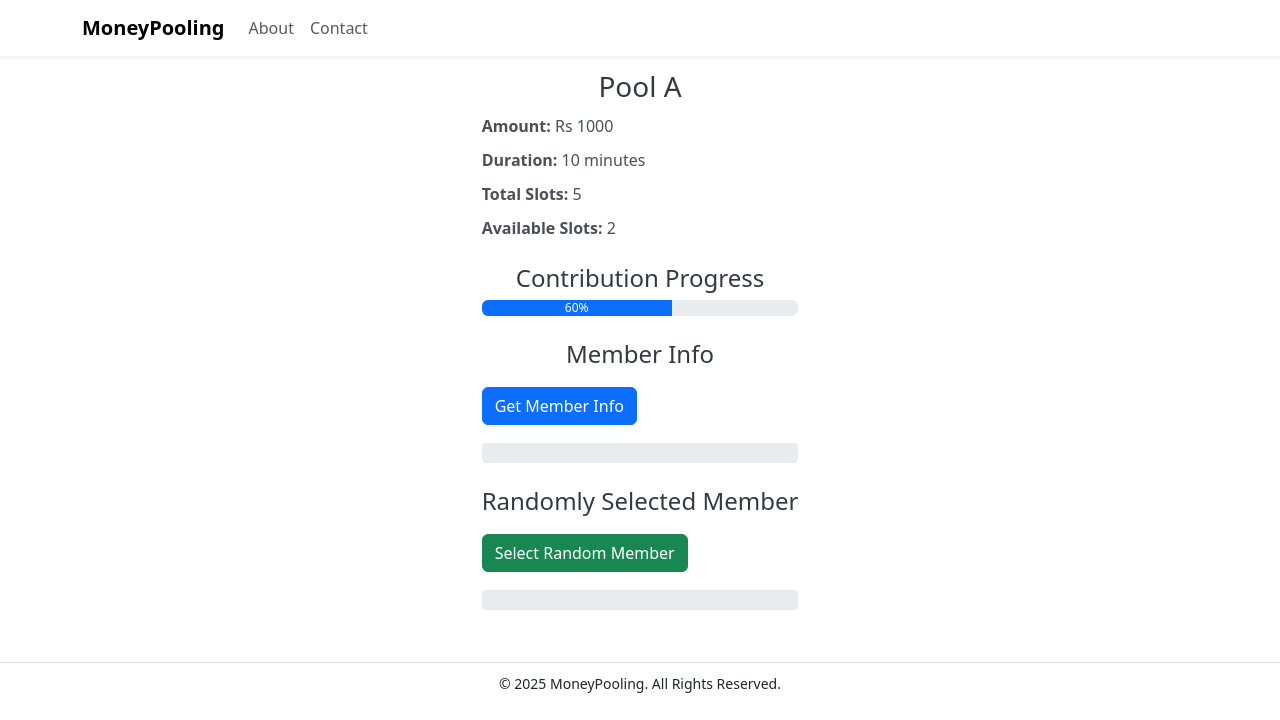
Repository: xxgautm420/MoneyPool
Page: http://localhost/progress
An editor plug-in stored every save of this project. The page is shown before and after the next save, followed by the edit.
The browser window is 1280 px wide. The pictures show the whole page.
The page is served by the project's application, run on Flask 3 (app.py). Other server files are loaded and not shown.

Above is the page before, as saved 2025-03-02 14:38:29.

### templates/progress.html
<!DOCTYPE html>
<html lang="en">
<head>
    <meta charset="UTF-8">
    <meta name="viewport" content="width=device-width, initial-scale=1.0">
    <title>Money Pooling</title>

    <!-- External Stylesheets -->
    <link rel="stylesheet" href="{{ url_for('static', filename='Css/progress.css') }}">
    <link href="https://cdn.jsdelivr.net/npm/bootstrap@5.3.0-alpha1/dist/css/bootstrap.min.css" rel="stylesheet">
</head>
<body>

    <!-- Navbar -->
    <nav class="navbar navbar-expand-lg navbar-light bg-white fixed-top shadow-sm">
        <div class="container">
            <a class="navbar-brand fw-bold" href="#">MoneyPooling</a>
            <div class="collapse navbar-collapse">
                <ul class="navbar-nav me-auto mb-2 mb-lg-0">
                    <li class="nav-item">
                        <a class="nav-link" href="#" id="aboutLink">About</a>
                    </li>
                    <li class="nav-item">
                        <a class="nav-link" href="#" id="contactLink">Contact</a>
                    </li>
                </ul>
            </div>
        </div>
    </nav>

    <div id="aboutFormContainer" class="about-container" style="display: none;">
        <div class="about-box">
            <section>
                <h1>About This Project</h1>
                <p>In today's digital age, web applications play a pivotal role in streamlining various processes and enhancing user experiences. This project focuses on developing a web application designed to facilitate a unique and engaging process where members join a slot, contribute a specified amount, and a randomly selected member benefits until all members have been selected. The application aims to provide a seamless and user-friendly experience, ensuring secure login, easy slot selection, and transparent tracking of contributions.</p>
                <p>The project is motivated by the need to create an efficient and reliable system that can manage member contributions and random selections in a fair and transparent manner. By leveraging modern web technologies, the application aims to enhance user engagement and foster a sense of community among members. This document outlines the functional requirements, user interaction flow, technical specifications, and expected outcomes of the project.</p>
                <button id="closeAbout" class="close-button">x</button>
            </section>
        </div>
    </div>

    <div id="contactFormContainer" class="contact-container" style="display: none;">
        <div class="contact-box">
            <section>
                <h1>Contact</h1>
                <form>
                    <label for="name">Name:</label><br>
                    <input type="text" id="name" name="name" placeholder="Your Name"><br><br>
                    <label for="email">Email:</label><br>
                    <input type="email" id="email" name="email" placeholder="Your Email"><br><br>
                    <label for="number">Number:</label><br>
                    <input type="tel" id="number" name="number" placeholder="Your Phone Number"><br><br>
                </form>
                <p><strong>Address:</strong> Your Address Here</p>
                <p><strong>Contact Number:</strong> Your Contact Number Here</p>
                <button id="closeContact" class="close-button">x</button>
            </section>
        </div>
    </div>

    <!-- Main Content -->
    <div class="main-container">
        <h3 id="poolName">Pool A</h3>
        <p><strong>Amount:</strong> Rs <span id="poolAmount">1000</span></p>
        <p><strong>Duration:</strong> 10 minutes</p>
        <p><strong>Total Slots:</strong> 5</p>
        <p><strong>Available Slots:</strong> <span id="availableSlots">2</span></p>

        <!-- Contribution Progress -->
        <h4 class="mt-4">Contribution Progress</h4>
        <div class="progress mb-3">
            <div id="progressBar" class="progress-bar" role="progressbar" style="width: 60%">60%</div>
        </div>

        <!-- Member Info Section -->
        <h4 class="mt-4">Member Info</h4>
        <button id="memberInfoButton" class="btn btn-primary" onclick="fetchUsername(1)">Get Member Info</button>
        <div id="usernamePlaceholder" class="username-placeholder mt-2"></div> <!-- Placeholder for username -->

        <!-- Randomly Selected Member Section -->
        <h4 class="mt-4">Randomly Selected Member</h4>
        <button id="randomSelectButton" class="btn btn-success">Select Random Member</button>
        <div id="selectedMemberPlaceholder" class="selected-member-placeholder mt-2"></div> <!-- Placeholder for selected username -->
        <div id="actionButtonContainer"></div>
    </div>



    <!-- Footer -->
    <footer class="footer">
        <p>&copy; 2025 MoneyPooling. All Rights Reserved.</p>
    </footer>

    <!-- External JavaScript -->
    <script src="{{ url_for('static', filename='Script/progress.js') }}"></script>
</body>
</html>

### app.py
from flask import Flask, render_template , jsonify
from user import User, db
from config import Config
from auth import auth_bp

app = Flask(__name__)
app.config.from_object(Config)
db.init_app(app)

app.register_blueprint(auth_bp)

@app.route('/')
def home():
    return render_template('index.html')

@app.route('/progress')
def progress():
    return render_template('progress.html')

@app.route('/api/users/top5', methods=['GET'])
def get_top5_users():
    users = User.query.limit(5).all()
    return jsonify([user.username for user in users])

if __name__ == '__main__':
    app.run(debug=True)

### static/Css/progress.css
/* General Page Styling */
body {
    font-family: Arial, sans-serif;
    text-align: center;
    margin: 0;
    background-color: white;
    padding-top: 70px; /* Space for fixed navbar */
    display: flex;
    flex-direction: column;
    min-height: 100vh; /* Ensure the body takes at least the full height of the viewport */
    align-items: center; /* Center items horizontally */
}

/* Navbar */
.navbar {
    box-shadow: 0px 2px 5px rgba(0, 0, 0, 0.1);
    width: 100%; /* Ensure the navbar spans the full width */
}

/* Footer */
footer {
    width: 100%;
    background-color: white;
    text-align: center;
    padding: 10px;
    font-size: 14px;
    border-top: 1px solid #dee2e6;
    position: fixed; /* Ensure footer stays at the bottom */
    bottom: 0;
    left: 0;
    right: 0;
}

/* About Form Container */
.about-container {
    position: fixed;
    top: 50%;
    left: 50%;
    transform: translate(-50%, -50%);
    width: 80%;
    max-width: 600px;
    background-color: white;
    border-radius: 10px;
    box-shadow: 0 4px 8px rgba(0, 0, 0, 0.1);
    overflow: hidden; /* Remove vertical scrolling */
    padding: 20px;
}

.about-box {
    padding: 20px;
}

.about-container h1 {
    margin-top: 0;
}

.about-container p {
    line-height: 1.6;
}

.close-button {
    position: absolute;
    top: 10px;
    right: 10px;
    background-color: #f44336;
    color: white;
    border: none;
    border-radius: 50%;
    width: 30px;
    height: 30px;
    cursor: pointer;
    font-size: 16px;
}

.close-button:hover {
    background-color: #d32f2f;
}

/* Contact Form Container */
.contact-container {
    position: fixed;
    top: 50%;
    left: 50%;
    transform: translate(-50%, -50%);
    width: 80%;
    max-width: 600px;
    background-color: white;
    border-radius: 10px;
    box-shadow: 0 4px 8px rgba(0, 0, 0, 0.1);
    overflow: hidden; /* Remove vertical scrolling */
    padding: 20px;
}

.contact-container h1 {
    margin-top: 0;
}

.contact-container form {
    margin-top: 20px;
}

.contact-container input,
.contact-container textarea {
    width: 100%;
    padding: 10px;
    margin-top: 5px;
    margin-bottom: 10px;
    border-radius: 5px;
    border: 1px solid #ccc;
}

.contact-container p {
    line-height: 1.6;
    margin-top: 10px;
}

//* Main container styling */
/* Main container styling */
.main-container {
    width: 80%;
    margin: 0 auto;
    padding: 20px;
    background-color: #f8f9fa;
    border-radius: 15px;
    box-shadow: 0 4px 8px rgba(0, 0, 0, 0.2);
    font-family: Arial, sans-serif;
}

/* Headings */
.main-container h3,
.main-container h4 {
    color: #343a40;
    text-align: center; /* Center align the title */
}

/* Paragraphs and labels */
.main-container p {
    margin: 10px 0;
    color: #495057;
}

/* Buttons */
.btn {
    display: inline-block;
    margin: 10px 0;
    padding: 10px 20px;
    border: none;
    border-radius: 4px;
    text-align: center;
    cursor: pointer;
    font-size: 16px;
    transition: background-color 0.3s;
}

.btn-primary {
    background-color: #007bff;
    color: #fff;
}

.btn-primary:hover {
    background-color: #0056b3;
}

.btn-success {
    background-color: #28a745;
    color: #fff;
}

.btn-success:hover {
    background-color: #218838;
}

/* Progress bar */
.progress {
    height: 24px;
    background-color: #e9ecef;
    border-radius: 12px;
    overflow: hidden;
}

.progress-bar {
    height: 100%;
    background-color: #28a745;
    transition: width 0.6s ease;
}

/* Placeholders */
.username-placeholder,
.selected-member-placeholder {
    padding: 10px;
    background-color: #e9ecef;
    border-radius: 4px;
    margin-top: 10px;
    color: #495057;
}

#actionButtonContainer {
    margin-top: 20px;
    text-align: center; /* Center align the action buttons */
}

### static/Script/progress.js
document.addEventListener("DOMContentLoaded", () => {
    const memberInfoButton = document.getElementById("memberInfoButton");
    const usernamePlaceholder = document.getElementById("usernamePlaceholder");
    const randomSelectButton = document.getElementById("randomSelectButton");
    const selectedMemberPlaceholder = document.getElementById("selectedMemberPlaceholder");
    const actionButtonContainer = document.getElementById("actionButtonContainer");

    let usernames = [];
    let selectedUsernames = new Set();

    // Assume this is the logged-in user's username
    const loggedInUsername = 'user5'; // Replace with dynamic username if available

    // Fetch and display top 5 users
    memberInfoButton.addEventListener("click", () => {
        fetch('/api/users/top5')
            .then(response => response.json())
            .then(data => {
                usernames = data;
                usernamePlaceholder.innerHTML = usernames
                    .map(user => `<div class="username-item">${user}</div>`)
                    .join('');
            })
            .catch(error => {
                console.error('Error fetching user data:', error);
                usernamePlaceholder.innerHTML = 'An error occurred';
            });
    });

    // Randomly select and display a member
    randomSelectButton.addEventListener("click", () => {
        if (selectedUsernames.size >= usernames.length) {
            selectedMemberPlaceholder.innerHTML = 'All members have been selected.';
            actionButtonContainer.innerHTML = ''; // Clear action buttons
            return;
        }

        let remainingUsers = usernames.filter(user => !selectedUsernames.has(user));
        let randomIndex = Math.floor(Math.random() * remainingUsers.length);
        let selectedUser = remainingUsers[randomIndex];

        selectedUsernames.add(selectedUser);

        selectedMemberPlaceholder.innerHTML = `Selected Member: ${selectedUser}`;

        // Update action buttons based on selected user
        updateActionButtons(selectedUser);

        // Continue selecting after 5 seconds
        setTimeout(() => {
            randomSelectButton.click();
        }, 5000);
    });

    // Function to update action buttons
    function updateActionButtons(selectedUser) {
        actionButtonContainer.innerHTML = ''; // Clear previous buttons

        let button = document.createElement('button');
        button.className = 'btn';

        if (selectedUser === loggedInUsername) {
            // If the selected user is the logged-in user, show "Withdraw" button
            button.textContent = 'Withdraw';
            button.classList.add('btn-warning');
            button.addEventListener('click', () => {
                // Implement withdraw functionality here
                alert('Withdraw action triggered.');
            });
        } else {
            // If the selected user is someone else, show "Pay" button
            button.textContent = 'Pay';
            button.classList.add('btn-success');
            button.addEventListener('click', () => {
                // Implement pay functionality here
                alert('Pay action triggered.');
            });
        }

        actionButtonContainer.appendChild(button);
    }
});



//about form
document.addEventListener("DOMContentLoaded", function() {
    const aboutLink = document.getElementById("aboutLink");
    const aboutFormContainer = document.getElementById("aboutFormContainer");
    const closeAboutForm = document.getElementById("closeAbout");


    aboutLink.addEventListener("click", function(event) {
        event.preventDefault();
        aboutFormContainer.style.display = "block";
    });

    closeAboutForm.addEventListener("click", () => {
        aboutFormContainer.style.display = "none";
    });


});

//contact form
document.addEventListener("DOMContentLoaded", function() {
    const contactLink = document.getElementById("contactLink");
    const contactFormContainer = document.getElementById("contactFormContainer");
    const closeContactForm = document.getElementById("closeContact");


    contactLink.addEventListener("click", function(event) {
        event.preventDefault();
        contactFormContainer.style.display = "block";
    });

    closeContactForm.addEventListener("click", () => {
        contactFormContainer.style.display = "none";
    });


});

After the next save:
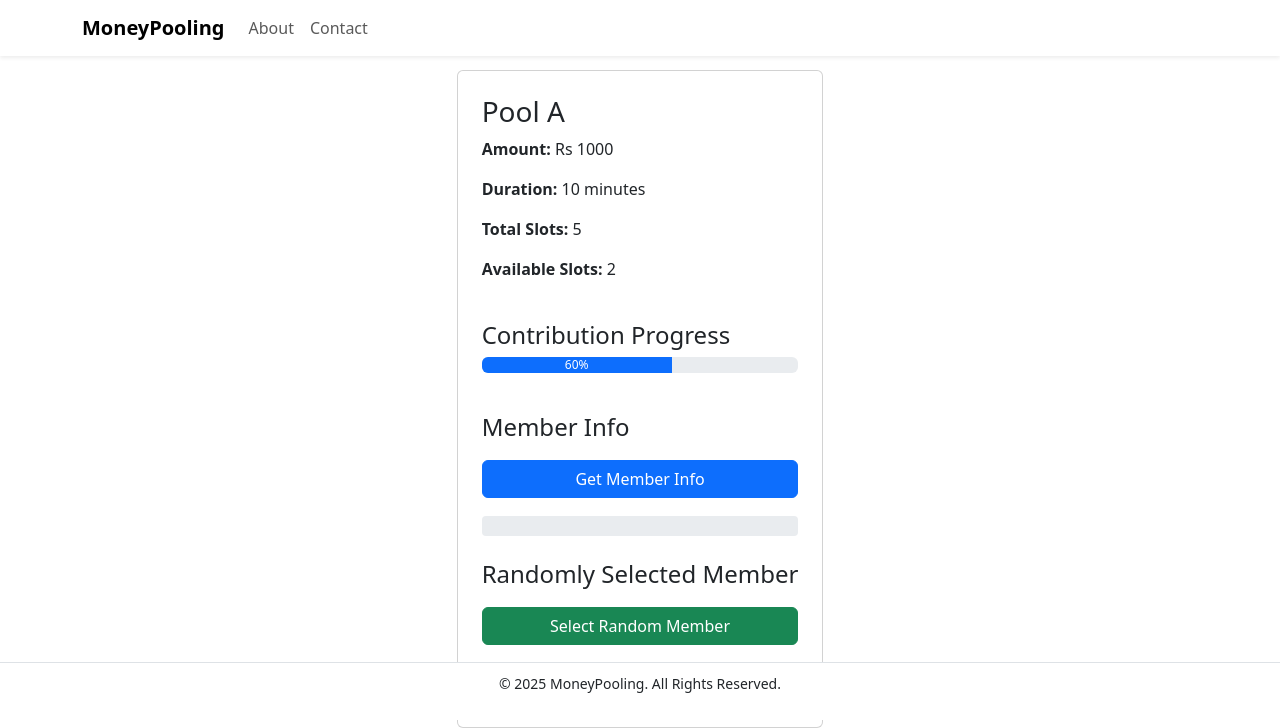
Saved 80 s later.
--- a/templates/progress.html
+++ b/templates/progress.html
@@ -59,30 +59,31 @@
     </div>
 
     <!-- Main Content -->
-    <div class="main-container">
-        <h3 id="poolName">Pool A</h3>
-        <p><strong>Amount:</strong> Rs <span id="poolAmount">1000</span></p>
-        <p><strong>Duration:</strong> 10 minutes</p>
-        <p><strong>Total Slots:</strong> 5</p>
-        <p><strong>Available Slots:</strong> <span id="availableSlots">2</span></p>
+     <div class="main-container"></div>
+        <div class="card p-4">
+            <h3 id="poolName">Pool A</h3>
+            <p><strong>Amount:</strong> Rs <span id="poolAmount">1000</span></p>
+            <p><strong>Duration:</strong> 10 minutes</p>
+            <p><strong>Total Slots:</strong> 5</p>
+            <p><strong>Available Slots:</strong> <span id="availableSlots">2</span></p>
 
-        <!-- Contribution Progress -->
-        <h4 class="mt-4">Contribution Progress</h4>
-        <div class="progress mb-3">
-            <div id="progressBar" class="progress-bar" role="progressbar" style="width: 60%">60%</div>
+            <!-- Contribution Progress -->
+            <h4 class="mt-4">Contribution Progress</h4>
+            <div class="progress mb-3">
+                <div id="progressBar" class="progress-bar" role="progressbar" style="width: 60%">60%</div>
+            </div>
+
+            <!-- Member Info Section -->
+            <h4 class="mt-4">Member Info</h4>
+            <button id="memberInfoButton" class="btn btn-primary" onclick="fetchUsername(1)">Get Member Info</button>
+            <div id="usernamePlaceholder" class="username-placeholder mt-2"></div> <!-- Placeholder for username -->
+
+            <!-- Randomly Selected Member Section -->
+            <h4 class="mt-4">Randomly Selected Member</h4>
+            <button id="randomSelectButton" class="btn btn-success">Select Random Member</button>
+            <div id="selectedMemberPlaceholder" class="selected-member-placeholder mt-2"></div> <!-- Placeholder for selected username -->
+            <div id="actionButtonContainer"></div>
         </div>
-
-        <!-- Member Info Section -->
-        <h4 class="mt-4">Member Info</h4>
-        <button id="memberInfoButton" class="btn btn-primary" onclick="fetchUsername(1)">Get Member Info</button>
-        <div id="usernamePlaceholder" class="username-placeholder mt-2"></div> <!-- Placeholder for username -->
-
-        <!-- Randomly Selected Member Section -->
-        <h4 class="mt-4">Randomly Selected Member</h4>
-        <button id="randomSelectButton" class="btn btn-success">Select Random Member</button>
-        <div id="selectedMemberPlaceholder" class="selected-member-placeholder mt-2"></div> <!-- Placeholder for selected username -->
-        <div id="actionButtonContainer"></div>
-    </div>
 
 
 

After the save that followed:
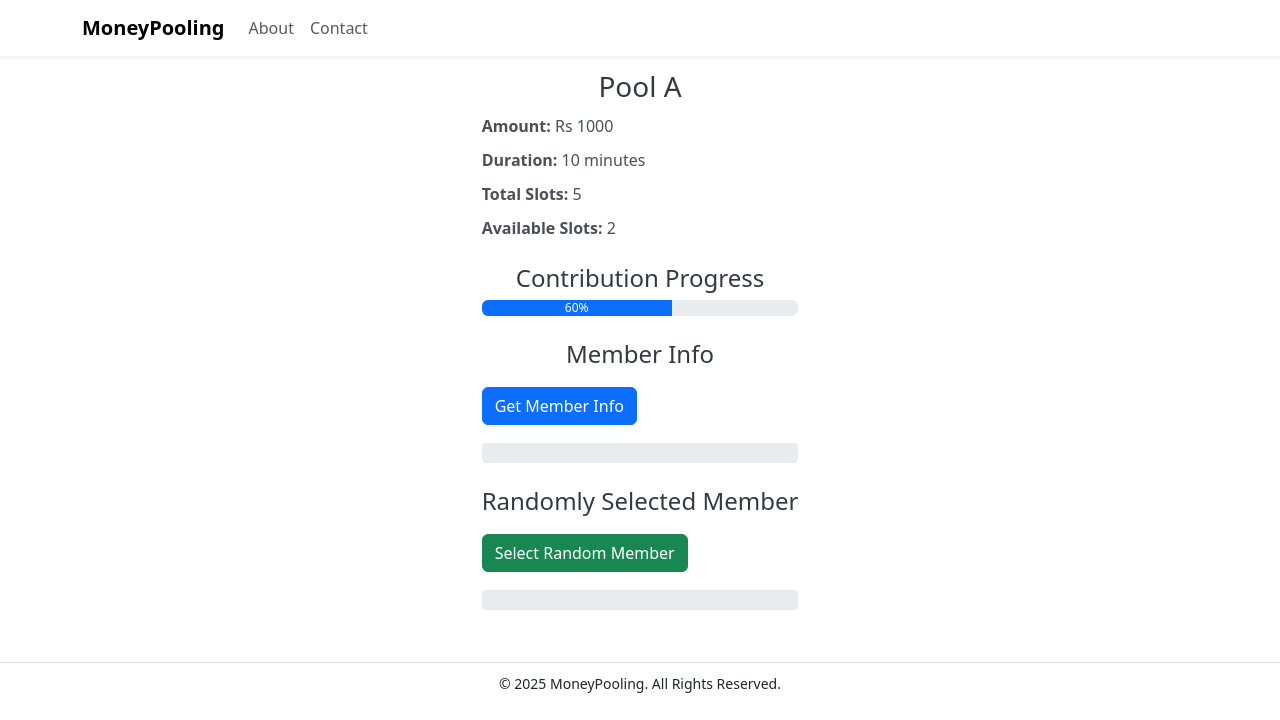
Saved 6 min 29 s later.
--- a/templates/progress.html
+++ b/templates/progress.html
@@ -59,8 +59,8 @@
     </div>
 
     <!-- Main Content -->
-     <div class="main-container"></div>
-        <div class="card p-4">
+    <div class="main-container">
+        <div class="left-grid">
             <h3 id="poolName">Pool A</h3>
             <p><strong>Amount:</strong> Rs <span id="poolAmount">1000</span></p>
             <p><strong>Duration:</strong> 10 minutes</p>
@@ -72,7 +72,9 @@
             <div class="progress mb-3">
                 <div id="progressBar" class="progress-bar" role="progressbar" style="width: 60%">60%</div>
             </div>
+        </div>
 
+        <div class="right-grid">
             <!-- Member Info Section -->
             <h4 class="mt-4">Member Info</h4>
             <button id="memberInfoButton" class="btn btn-primary" onclick="fetchUsername(1)">Get Member Info</button>
@@ -84,8 +86,7 @@
             <div id="selectedMemberPlaceholder" class="selected-member-placeholder mt-2"></div> <!-- Placeholder for selected username -->
             <div id="actionButtonContainer"></div>
         </div>
-
-
+    </div>
 
     <!-- Footer -->
     <footer class="footer">
